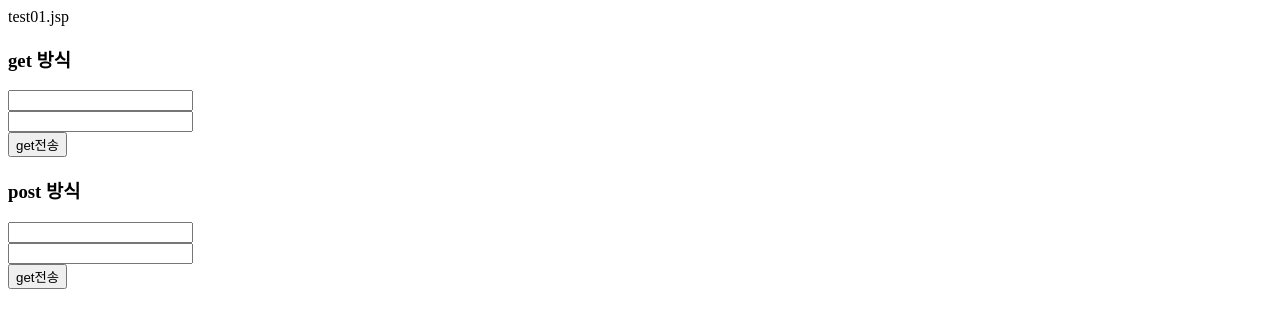
Repository: ryu1917/jsp
Page: http://localhost/jsp02/test01.jsp
An editor plug-in stored every save of this project. The page is shown before and after the next save, followed by the edit.
The browser window is 1280 px wide. The pictures show the whole page.
The page is served by Tomcat 9.

Above is the page before, as saved 2021-04-21 06:53:55.

After the next save:
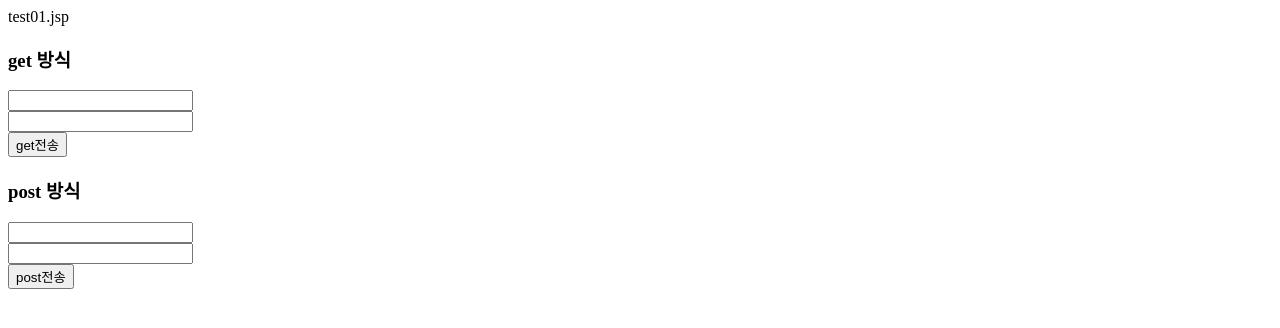
Saved 10 s later.
--- a/workspace/jsp02/src/main/webapp/test01.jsp
+++ b/workspace/jsp02/src/main/webapp/test01.jsp
@@ -18,7 +18,7 @@
 	<form action="post.jsp">
 		<input type="text"name="id"><br>
 		<input type="text"name="pwd"><br>
-		<input type="submit"value="get전송">
+		<input type="submit"value="post전송">
 	</form>
 
 
